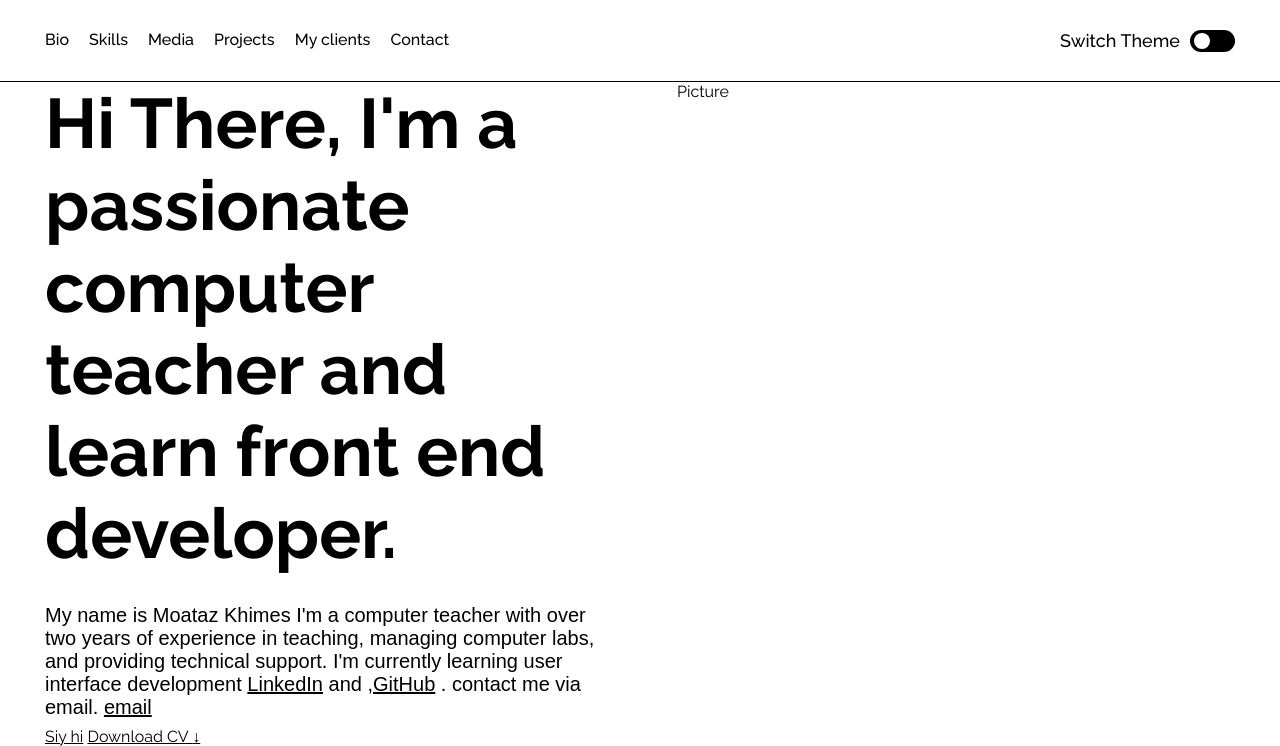
Repository: moataz305G/Personal-website
Page: index.html
An editor plug-in stored every save of this project. The page is shown before and after the next save, followed by the edit.
The browser window is 1280 px wide. The pictures show the whole page.

Above is the page before, as saved 2025-12-12 21:13:09.

After the next save:
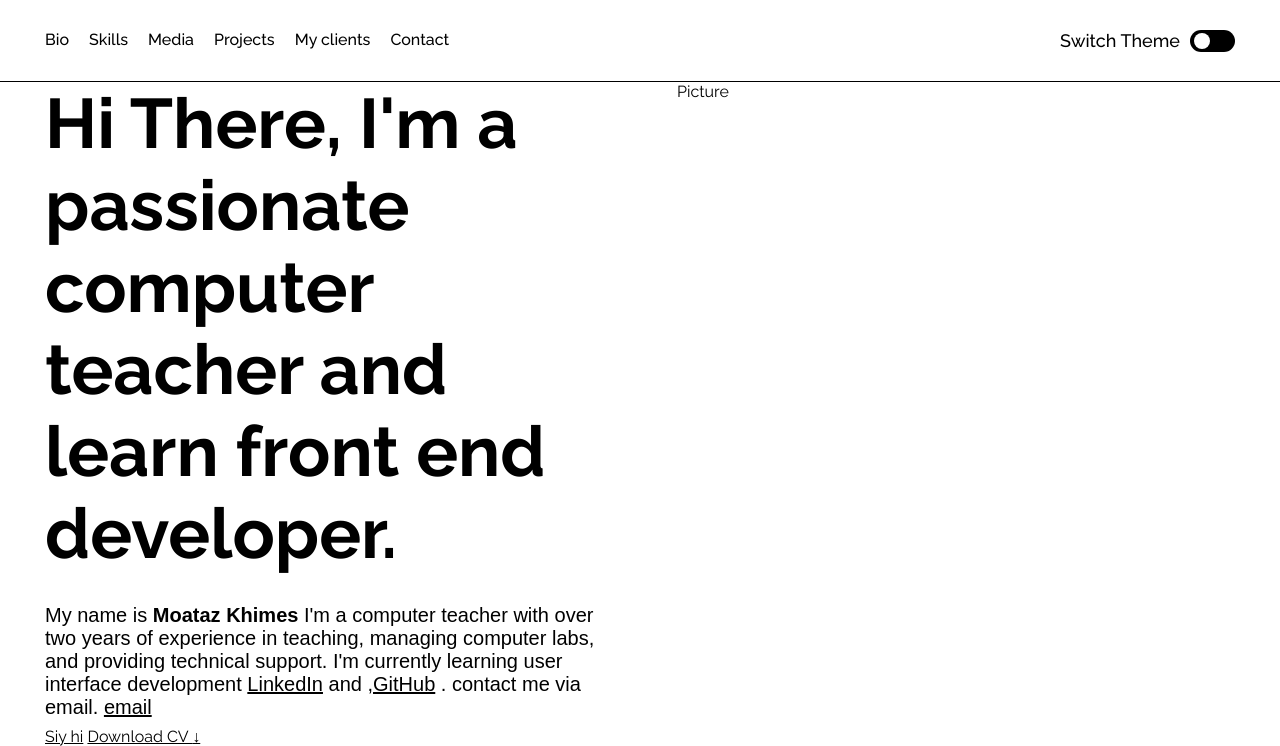
Saved 25 min 1 s later.
--- a/Style.css
+++ b/Style.css
@@ -186,3 +186,9 @@ header {
   font-size: var(--font-size-20);
   margin: 3rem 0 0.8rem;
 }
+
+.bio__name {
+  font-weight: var(--font-weight-semi-bold);
+}
+.bio__linkedIn,
+.bio__github {
